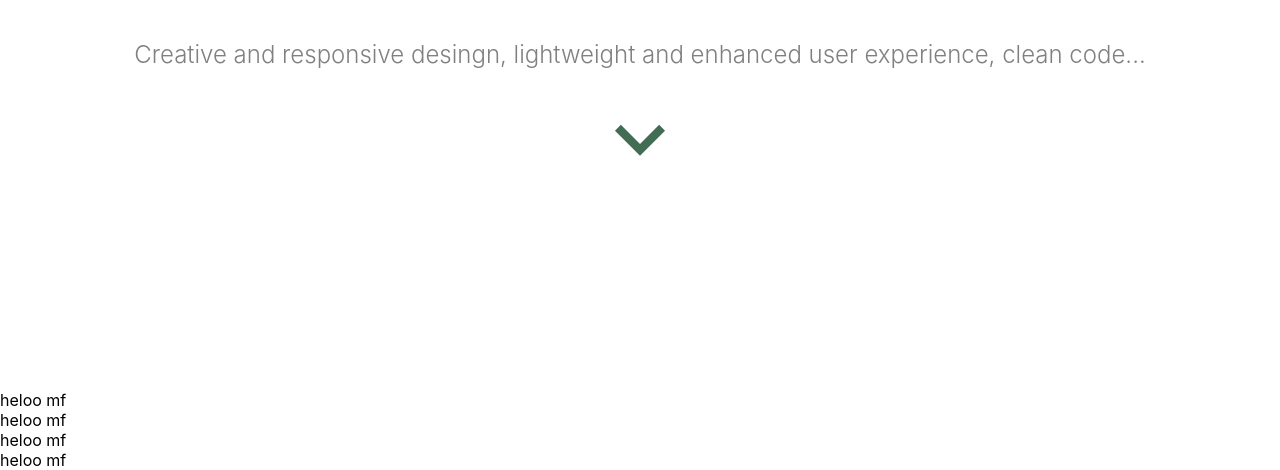
Repository: safak/safak.github.io
Page: /
These files come from the project's save history. The page is drawn as it stood at one moment and after the next save; the edit follows.
The browser window is 1280 px wide. The pictures show the part of the page from y = 330 to 800 px (the page is 800 px tall before and 740 px after).
Backgrounds fixed to the window are drawn as part of the page. The project was rebuilt for these pictures with package versions that can differ from the ones it lists, and the page was loaded fresh each time. Also part of the build but not shown: src/App.css.

Above is the page before, as saved 2020-08-28 04:26:47.

### public/index.html
<!DOCTYPE html>
<html lang="en">
  <head>
    <meta charset="utf-8" />
    <meta name="viewport" content="width=device-width, initial-scale=1" />
    <meta name="theme-color" content="#000000" />
    <meta
      name="description"
      content="Freelance Fullstack React, Node.js Developer"
    />
    <link
      href="https://fonts.googleapis.com/css2?family=Roboto:ital,wght@0,300;0,400;0,500;0,900;1,100;1,300;1,400;1,500;1,700;1,900&display=swap"
      rel="stylesheet"
    />
    <title>Safak Kocaoglu</title>
  </head>
  <body>
    <noscript>You need to enable JavaScript to run this app.</noscript>
    <div id="root"></div>
  </body>
</html>

### src/App.js
import React, { useState } from "react";
import "./App.css";
import Introduction from "./components/introduction/Introduction";
import Header from "./components/header/Header";
import Menu from "./components/menu/Menu";
import Portfolio from "./components/portfolio/Portfolio";

function App() {
  const [toggle, setToggle] = useState(false);
  return (
    <div className="app">
      <Header toggle={toggle} setToggle={setToggle}/>
      <Menu toggle={toggle} />
      <Introduction />
      <Portfolio />
    </div>
  );
}

export default App;

### src/components/introduction/Introduction.js
import React from "react";
import "./Introduction.css";
import { ExpandMore } from "@material-ui/icons";

const Introduction = () => {
  return (
    <div className="introduction">
      <div className="introductionCenter">
        <h1>Welcome to My Kitchen</h1>
        <p>
          Creative and responsive desingn, lightweight and enhanced user
          experience, clean code...
        </p>
      </div>
      <ExpandMore className="animate-flicker"/>
    </div>
  );
};

export default Introduction;

### src/components/header/Header.js
import React from "react";
import "./Header.css";
import { Menu } from "@material-ui/icons";

const Header = ({toggle, setToggle}) => {
  return (
    <div className="header">
      <Menu onClick={()=>setToggle(!toggle)}/>
    </div>
  );
};

export default Header;

### src/components/menu/Menu.js
import React from "react";
import "./Menu.css";

const Menu = ({ toggle }) => {
  return (
    <div className={!toggle ? "deactive" : "menu"}>
      <img
        src="https://images.pexels.com/photos/262896/pexels-photo-262896.jpeg?auto=compress&cs=tinysrgb&dpr=2&h=650&w=940"
        alt="menu"
      />
      <ul className="menuList">
        <li className="menuListItem">Home</li>
        <li className="menuListItem">About</li>
        <li className="menuListItem">Portfolio</li>
        <li className="menuListItem">Contact</li>
      </ul>
    </div>
  );
};

export default Menu;

### src/components/portfolio/Portfolio.js
import React from "react";
import "./Portfolio.css";
import ProjectCard from "../projectCard/ProjectCard";

const Portfolio = () => {
  return <div className="portfolio">
      <ProjectCard />
      <ProjectCard />
      <ProjectCard />
      <ProjectCard />
  </div>;
};

export default Portfolio;

### src/components/introduction/Introduction.css
.introduction {
  height: 100vh;
  display: flex;
  flex-direction: column;
  align-items: center;
  justify-content: center;
}

.introductionCenter {
  display: flex;
  flex-direction: column;
  align-items: center;
  justify-content: center;
}

.introductionCenter > h1 {
  font-size: 7vw;
  color: white; /* Fallback: assume this color ON TOP of image */
  -webkit-background-clip: text;
  -webkit-text-fill-color: transparent;
  background-image: url("https://images.pexels.com/photos/236171/pexels-photo-236171.jpeg?auto=compress&cs=tinysrgb&dpr=2&w=500");
  background-attachment: fixed;
  background-position: center;
  background-repeat: no-repeat;
  background-size: cover;
  margin: 20px;
}

.introductionCenter > p {
  font-size: 24px;
  font-weight: 300;
  margin: 20px;
  color: gray;
}

.introduction > .MuiSvgIcon-root {
  font-size: 100px;
  color: #0d4324;
}

@keyframes flickerAnimation {
  0% {
    opacity: 1;
  }
  50% {
    opacity: 0;
  }
  100% {
    opacity: 1;
  }
}
@-o-keyframes flickerAnimation {
  0% {
    opacity: 1;
  }
  50% {
    opacity: 0;
  }
  100% {
    opacity: 1;
  }
}
@-moz-keyframes flickerAnimation {
  0% {
    opacity: 1;
  }
  50% {
    opacity: 0;
  }
  100% {
    opacity: 1;
  }
}
@-webkit-keyframes flickerAnimation {
  0% {
    opacity: 1;
  }
  50% {
    opacity: 0;
  }
  100% {
    opacity: 1;
  }
}
.animate-flicker {
  -webkit-animation: flickerAnimation 2s infinite !important;
  -moz-animation: flickerAnimation 2s infinite !important;
  -o-animation: flickerAnimation 2s infinite !important;
  animation: flickerAnimation 2s infinite !important;
}

### src/components/header/Header.css
.header {
  position: fixed;
  top: 20px;
  right: 20px;
}

.header > .MuiSvgIcon-root {
  font-size: 50px;
  cursor: pointer;
}

### src/components/menu/Menu.css
.menu {
  height: 100vh;
  display: flex;
  align-items: center;
  justify-content: center;
  font-size: 40px;
  font-weight: 300;
}

.deactive{
    display: none;
}

.menu >img{
    position: absolute;
    width: 50vw;
    height: 100vh;
    object-fit: cover;
    left: 0;
    opacity: 0.4;
}

.menuList {
  list-style: none;
  z-index: 100;
}

.menuListItem{
    padding: 10px;
    cursor: pointer;
    transition: 150ms ease-in;
}

.menuListItem:hover{
    transform: scale(1.1);
    color: gray;
}

### src/components/portfolio/Portfolio.css
.portfolio{

}

### src/components/projectCard/ProjectCard.js
import React from 'react';
import "./ProjectCard.css"

const ProjectCard = () => {
    return (
        <div className="projectCard">
            heloo mf
        </div>
    );
};

export default ProjectCard;

### src/components/projectCard/ProjectCard.css
.projectCard{

}

Loaded but not shown: src/index.js (common file); src/index.css (common file)

After the next save:
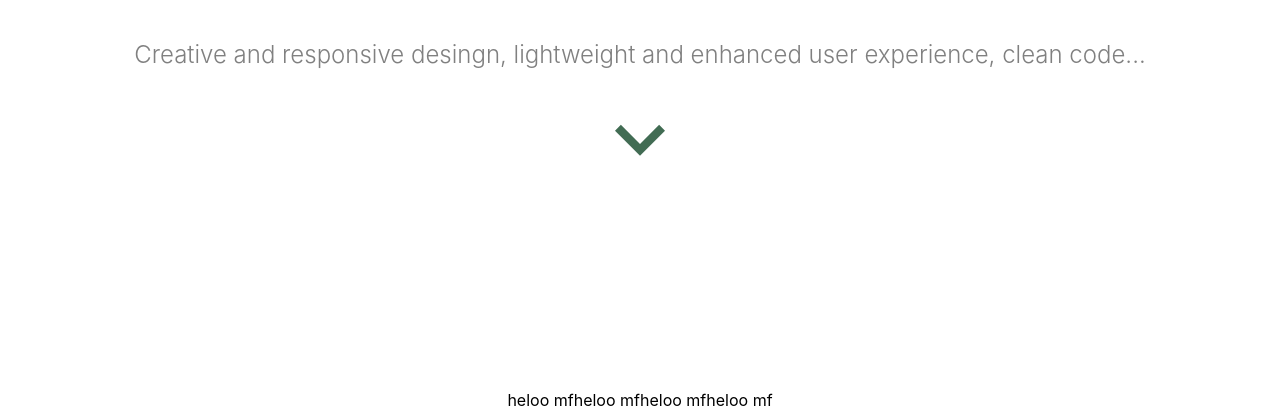
Saved 108 s later.
--- a/src/components/portfolio/Portfolio.css
+++ b/src/components/portfolio/Portfolio.css
@@ -1,3 +1,5 @@
 .portfolio{
-
+    display: flex;
+    flex-wrap: wrap;
+    justify-content: center;
 }
